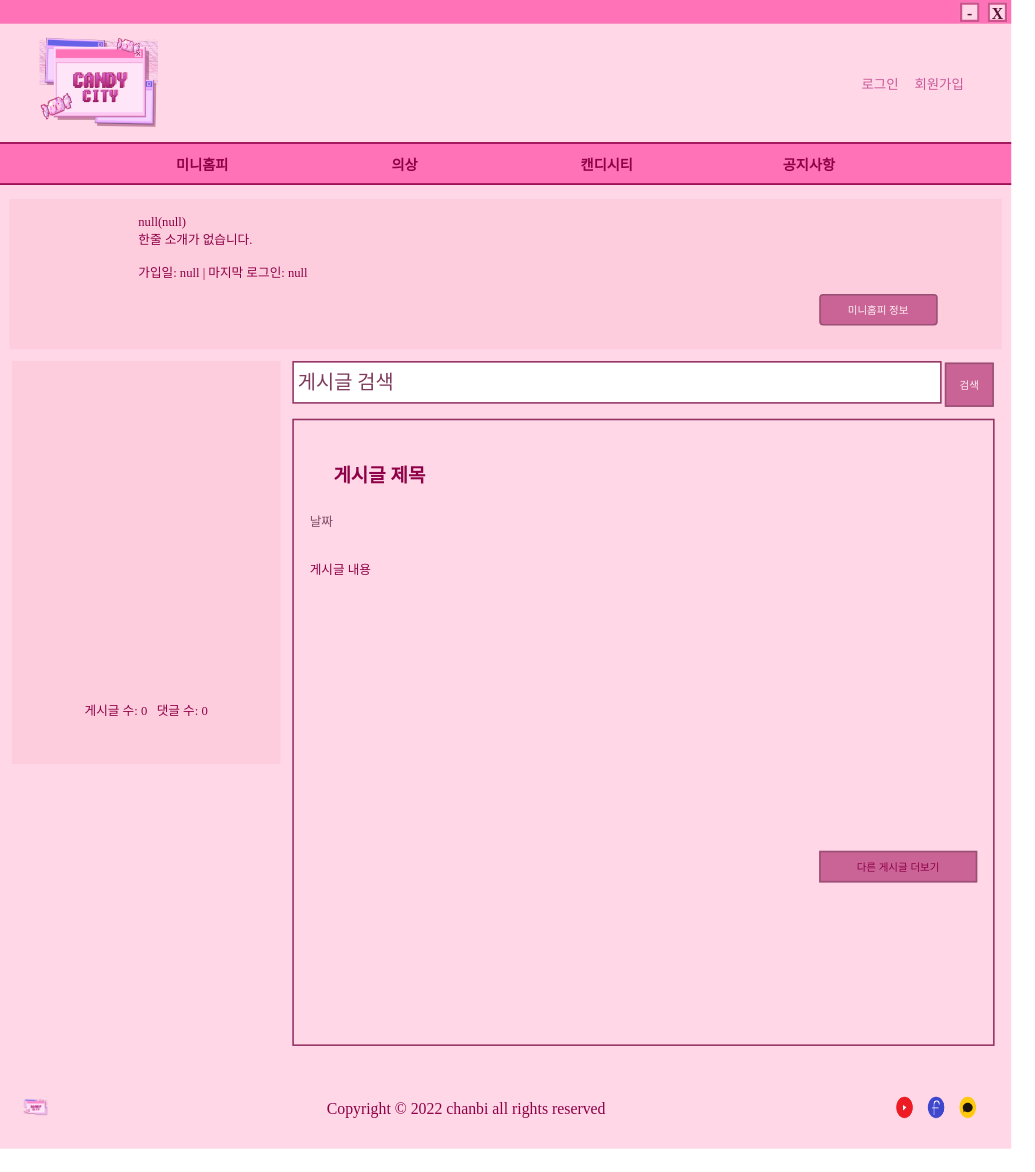
Repository: chanbiM/candyCityProject
Page: http://localhost/CandyCityProj/GetHomepi?id=null
An editor plug-in stored every save of this project. The page is shown before and after the next save, followed by the edit.
The browser window is 1280 px wide. The page is 1310 px wide, so the pictures cover 1310 px, including what lies to the right of the window. The pictures show the whole page, at 79% of full size.
Some web fonts or font styles are not loaded; a fallback is used. The page is served by Tomcat 9. Other server files are loaded and not shown. Queries for data that is not in the repository find no rows.

Above is the page before, as saved 2022-11-18 06:02:50.

### CandyCityProj/WebContent/member/homepi/homepi.jsp
<%@page import="vo.MemberVO"%>
<%@ page language="java" contentType="text/html; charset=UTF-8"
	pageEncoding="UTF-8"%>
<%@ include file="/header.jsp"%>
<link rel="stylesheet" href="/css/homepiStyle.css">

<!-- 미니홈피 보기-->
<br>
<%
	MemberVO hompiData = (MemberVO) request.getAttribute("homepiUser");
%>

<!-- 유저 정보-->
<div class="member_info">
	<ul>
		<li>
			<div class="profile_char"></div>
		</li>

		<li>
			<div class="info">
				<p><%=hompiData.getName()%>(<%=hompiData.getId()%>) <br>
					<%
						if (hompiData.getIntroduce() == null) {
					%>
					한줄 소개가 없습니다.
					<%
						} else {
					%>
					<%=hompiData.getJoin_num()%>
					<%
						}
					%>
				</p>
				<br>
				<p>
					가입일:
					<%=hompiData.getJoinDate()%>


					| 마지막 로그인:
					<%=hompiData.getLoginDate()%>
				</p>
				<br> <br>

			</div>
		</li>
		<li>
			<!--팝업형식-->
			<button id="homepi_info">미니홈피 정보</button>
		</li>
	</ul>


</div>

<div class="character_info">
	<div class="info_character">
		<!-- 유저캐릭터 전신 삽입-->
	</div>

	<!--내 홈피일 경우-->
	<%
	if(vo == null) {
	%>
		<br><br><br>
		<p style="font-size: 16px;">게시글 수: <%= hompiData.getPostNum() %> &nbsp; 댓글 수: <%= hompiData.getCommentNum() %></p>
	<%
	} else {
	%>
		<% if(vo.getId().equals(hompiData.getId())) {%>
		<a href="#" style="color: #804d66;">캐릭터 설정</a><br> <br>
		<button id="post_btn">
			<a href="/member/post/insertPost.jsp">글쓰기</a>
		</button>
		<% } %>
		<p style="font-size: 16px;">게시글 수: <%= hompiData.getPostNum() %> &nbsp; 댓글 수: <%= hompiData.getCommentNum() %></p>
	<% } %>

</div>

<div class="post_search">
	<!--게시글 목록으로 가게 -->
	<form action="/searchHomepiPost?id=">
		<input type="text" name="post" placeholder="게시글 검색"> <input
			type="submit" value="검색">
	</form>
</div>

<!--대표 게시글(가장 최근에쓴거 or 공지 게시글)-->
<div class="representative_post">
	<h2>
		<a href="#">게시글 제목</a>
	</h2>
	<!--최종 수정 날짜 기준으로-->
	<p style="color: #804d66;">날짜</p>
	<br> <br>
	<p id="post_content">
		<a href="#">게시글 내용</a>
	</p>

	<div id="post_list">
		<button>
			<a href="/searchHomepiPost?title=all">다른 게시글 더보기</a>
		</button>
	</div>

</div>
<%@ include file="/footer.jsp"%>

### CandyCityProj/WebContent/header.jsp
<%@page import="vo.MemberVO"%>
<%@ page language="java" contentType="text/html; charset=UTF-8"
	pageEncoding="UTF-8"%>
<!DOCTYPE html>
<html>
<head>
<meta charset="UTF-8">
<title>Candy City</title>
<link rel="stylesheet" href="/css/mainStyle.css">
<script src="/js/jquery-3.1.1.min.js"></script>
</head>
<body>
	<div class="wrapper">
		<!-- 창 바 -->
		<div class="window">
			<button class="widow_btn" id="-_btn">-</button>
			<button class="widow_btn" id="x_btn">X</button>
		</div>

		<header>
			<!-- 로고 -->
			<div class="logo">
				<a href="/index.jsp"><img alt="로고" src="/images/logo.png"></a>
			</div>

			<!-- 기타 메뉴바 -->
			<div class="minimenu">

				<ul>
					<%
						MemberVO vo = (MemberVO) session.getAttribute("loginOK");
						if (vo == null) {
					%>
					<li><a href="/member/login.jsp">로그인</a></li>
					<li><a href="/member/insertMember.jsp">회원가입</a></li>
					<%
						} else {
					%>
					<li><a href="/member/myPage.jsp"><%=vo.getName()%>님</a></li>
					<li><a href="/logout"> 로그아웃 </a></li>
					<li><a href="/member/myPage.jsp">마이페이지</a></li>

					<%
						}
					%>
				</ul>

			</div>
		</header>

		<!-- 메뉴바 -->
		<nav>
			<ul class="mainmenu">
				<li><a href="/getHomepiList">미니홈피</a>
					<ul class="submenu">
					<%
						if (vo == null) {
					%>
						<li><a href="/member/login.jsp">내 미니홈피</a></li>
						<li><a href="/getHomepiList">미니홈피 목록</a></li>
					<%
						} else {
					%>

						<li><a href="/GetHomepi?id=<%= vo.getId() %>">내 미니홈피</a></li>
						<li><a href="/getHomepiList">미니홈피 목록</a></li>
					<%
						}
					%>
					</ul></li>

				<li><a href="#">의상</a>
					<ul class="submenu">
					<%
						if (vo == null) {
					%>
						<li><a href="/member/login.jsp">내 의상</a></li>
						<li><a href="/member/login.jsp">의상 상점</a></li>
						<li><a href="/member/login.jsp">의상 설정</a></li>
					<% } else {
					%>
						<li><a href="/getcCostumeList?id=<%= vo.getId() %>&name=<%= vo.getName() %>">내 의상</a></li>
						<li><a href="/getShopList?id=<%= vo.getId() %>">의상 상점</a></li>
						<li><a href="/characterSet">의상 설정</a></li>
					<%
					} %>
					</ul></li>

				<li><a href="/getCandyCityList">캔디시티</a>
					<ul class="submenu">
					</ul></li>

				<li><a href="/getNoticeList?type=E">공지사항</a>
					<ul class="submenu">
						<li><a href="/getNoticeList?type=E">이벤트</a></li>
						<li><a href="/getNoticeList?type=N">공지사항</a></li>
						<li><a href="/getNoticeList?type=R">당첨자 발표</a></li>
					</ul></li>

				<%
					MemberVO adminVo = (MemberVO) session.getAttribute("manager");
					if (adminVo != null) {
				%>
				<li><a href="/getUserList">관리자용 메뉴</a>
					<ul class="submenu">
						<li><a href="/getUserList">유저 리스트</a></li>
						<!-- <li><a href="#">문의글 확인</a></li>
						<li><a href="#">신고글 확인</a></li> -->
						<li><a href="/admin/noticeInsert.jsp">공지사항/이벤트 작성</a></li>
					</ul></li>
			<%
				}
			%>
			</ul>

		</nav>

### CandyCityProj/WebContent/footer.jsp
<%@ page language="java" contentType="text/html; charset=UTF-8"
    pageEncoding="UTF-8"%>
        <!-- 푸터 영역 -->
        <footer>
            <!-- 하단로고 -->
            <div>
                <a href="/index.jsp" class="logo">
                    <img src="/images/logo.png" alt="로고" >
                </a>
            </div>
            <!-- 카피라이트 -->
            <div class="copyright">
                <p> Copyright &copy; 2022 chanbi all rights reserved</p>
            </div>
            <!-- SNS -->
            <div>
                <ul class="sns">
                    <li><a href="https://www.youtube.com/@rorochanbi"><img src="/images/youtube.png" alt="유튜브" height="40"></a></li>
                    <li><a href="#"><img src="/images/facebook.png" alt="페이스북" height="40"></a></li>
                    <li><a href="https://open.kakao.com/o/s1olGebe"><img src="/images/kakao.png" alt="카카오톡" height="40"></a></li>
                </ul>
            </div>
        </footer>
    </div>
	<script src="/js/script.js"></script>
</body>
</html>

### CandyCityProj/src/controller/GetHomepiController.java
package controller;

import java.io.IOException;
import java.io.PrintWriter;

import javax.servlet.ServletException;
import javax.servlet.annotation.WebServlet;
import javax.servlet.http.HttpServlet;
import javax.servlet.http.HttpServletRequest;
import javax.servlet.http.HttpServletResponse;
import javax.servlet.http.HttpSession;

import dao.MemberDAO;
import vo.MemberVO;

/**
 * Servlet implementation class GetHomepiController
 */
@WebServlet("/GetHomepi")
public class GetHomepiController extends HttpServlet {
	private static final long serialVersionUID = 1L;

    /**
     * @see HttpServlet#HttpServlet()
     */
    public GetHomepiController() {
        super();
    }

	/**
	 * @see HttpServlet#doGet(HttpServletRequest request, HttpServletResponse response)
	 */
	protected void doGet(HttpServletRequest request, HttpServletResponse response) throws ServletException, IOException {
		response.setContentType("text/html; charset=UTF-8");
		request.setCharacterEncoding("UTF-8");
		PrintWriter out = response.getWriter();
		MemberDAO dao = new MemberDAO();

		String userId = request.getParameter("id");
		System.out.println(userId);

		if(userId == null) {
			out.println("<script>alert('잘못된 경로입니다'); history.back(); </script>");
		}

		MemberVO homepiData = dao.getMemberInfo(userId);

		if(homepiData.getId() == null) {
			out.println("<script>alert('해당 유저를 찾을 수 없습니다'); history.back(); </script>");
		}

		request.setAttribute("homepiUser", homepiData);
		request.getRequestDispatcher("/member/homepi/homepi.jsp").forward(request, response);


	}

	/**
	 * @see HttpServlet#doPost(HttpServletRequest request, HttpServletResponse response)
	 */
	protected void doPost(HttpServletRequest request, HttpServletResponse response) throws ServletException, IOException {
		// TODO Auto-generated method stub
		doGet(request, response);
	}

}

### CandyCityProj/src/vo/MemberVO.java
package vo;

import java.sql.Date;

import oracle.sql.DATE;

public class MemberVO {
	private String id;
	private String pwd;
	private String name;
	private String gender;
	private int join_num;
	private int candy;
	private int postNum;
	private int commentNum;
	private String manager;
	private String introduce;

	private Date joinDate;
	private Date loginDate;

	public Date getJoinDate() {
		return joinDate;
	}

	public void setJoinDate(Date joinDate) {
		this.joinDate = joinDate;
	}

	public Date getLoginDate() {
		return loginDate;
	}

	public void setLoginDate(Date loginDate) {
		this.loginDate = loginDate;
	}

	public String getIntroduce() {
		return introduce;
	}

	public void setIntroduce(String introduce) {
		this.introduce = introduce;
	}

	public MemberVO() {
	}

	public String getId() {
		return id;
	}

	public void setId(String id) {
		this.id = id;
	}

	public String getPwd() {
		return pwd;
	}

	public void setPwd(String pwd) {
		this.pwd = pwd;
	}

	public String getName() {
		return name;
	}

	public void setName(String name) {
		this.name = name;
	}

	public String getGender() {
		return gender;
	}

	public void setGender(String gender) {
		this.gender = gender;
	}

	public int getJoin_num() {
		return join_num;
	}

	public void setJoin_num(int join_num) {
		this.join_num = join_num;
	}

	public int getCandy() {
		return candy;
	}

	public void setCandy(int candy) {
		this.candy = candy;
	}

	public int getPostNum() {
		return postNum;
	}

	public void setPostNum(int postNum) {
		this.postNum = postNum;
	}

	public int getCommentNum() {
		return commentNum;
	}

	public void setCommentNum(int commentNum) {
		this.commentNum = commentNum;
	}

	public String getManager() {
		return manager;
	}

	public void setManager(String manager) {
		this.manager = manager;
	}

}

### CandyCityProj/src/common/JdbcUtill.java
package common;

import java.sql.Connection;
import java.sql.DriverManager;
import java.sql.PreparedStatement;
import java.sql.ResultSet;

public class JdbcUtill {
	public static Connection getConnection() {
		Connection conn = null;

		try {
			Class.forName("oracle.jdbc.driver.OracleDriver");
			conn = DriverManager.getConnection("jdbc:oracle:thin:@localhost:1521:xe", "hr", "hr");
		} catch (Exception e) {
			System.out.println("DB 연결 실패");
			e.printStackTrace();
		}
		return conn;
	}

	public static void close(Connection conn, PreparedStatement pstmt) {
		if (pstmt!= null) {
			try {
				pstmt.close();
			} catch (Exception e) {
				// TODO: handle exception
				System.out.println("pstmt.close() 실패");
			}
		}

		if(conn != null) {
			try {
				conn.close();
			} catch (Exception e) {
				// TODO: handle exception
				System.out.println("conn.close() 실패");
				e.printStackTrace();
			}
		}
	}

	public static void close(Connection conn, PreparedStatement pstmt, ResultSet rs) {
		if(rs != null) {
			try {
				rs.close();
			} catch (Exception e) {
				// TODO: handle exception
				System.out.println("rs.close() ����");
				e.printStackTrace();
			}
		}
		close(conn, pstmt);
	}


}

### CandyCityProj/WebContent/css/mainStyle.css
@font-face {
    font-family: 'DungGeunMo';
    src: url('https://cdn.jsdelivr.net/gh/projectnoonnu/noonfonts_six@1.2/DungGeunMo.woff') format('woff');
    font-weight: normal;
    font-style: normal;
}
* {
    margin: 0;
    padding: 0;
    list-style: none;
    text-decoration: none;
    color: rgb(19, 0, 1);
    font-family: 'DungGeunMo';
    color: #8e0047;
    -ms-user-select: none;
   -moz-user-select: -moz-none;
   -khtml-user-select: none;
   -webkit-user-select: none;
   user-select: none;
}

.wrapper {
    width: 1280px;
    min-height: 1100px;
    margin: 0 auto;
    background-color: rgb(255, 215, 230);
}

.window {
    width: 100%;
    height: 30px;
    display: flex;
    justify-content: flex-end;
    background-color: #FF72B7;
    align-items: center;
}
.widow_btn {
    width: 25px;
    height: 25px;
    margin: 5px;
    color: #580e32;
    font-weight: bold;
    font-size: 20px;
    background-color: rgb(255, 215, 230);
    border: 3px solid #ce528e;
}

.widow_btn:hover {
    background-color: rgb(203, 164, 178);
    border: 3px solid #953c67;
    cursor: pointer;
    text-align: center;
}

.logo > a {
    display: flex;
}

.logo > a > img {
    width: 150px;
    height: 120px;
    margin: 50px;
    margin-top: 15px;
}

header {
    width: 100%;
    height: 150px;
    display: flex;
    justify-content: space-between;
}

.minimenu {
    width: 1000px;
    display: flex;
    font-size: 17px;
    align-items: center;
    margin-right: 50px;
    justify-content: flex-end;
}

.minimenu ul{
    display: flex;
}

.minimenu ul li {
    margin: 10px;
}

.minimenu ul li:hover {
    font-weight: bold;
}

/*.minimenu ul {
    width: 100%;
    display: flex;
    justify-content: space-evenly;
}*/

.minimenu ul li a{
	color: #c95899;
}

.mainmenu {
    /* 메뉴 요소 4개 가로정렬 */
    width: 1280px;
    display: flex;

    /* 중앙정렬 */
    text-align: center;
    align-items: center;
    justify-content: center;

    background-color: #FF72B7;
    border-top: 2px #8e0047 solid;
    border-bottom: 2px #8e0047 solid;
    position:relative;

}

.mainmenu li {
    width: 20%;
    height: 50px;
}

.mainmenu a {
    display: flex;
    justify-content: center;
    align-items: center;
    width: 100%;
    height: 100%;
    font-size: 18px;
    font-weight: 600;

    /* 하이라이팅 줄때 애니메이션을 줄 시간과 속성들 */
    transition: background-color 1s, color 1s;
}
/* :hover -> 마우스를 위에 올려 놓을때 적용할 스타일*/
.mainmenu a:hover {
    background-color: #aa4a78;
    color: white;
}


.mainmenu .submenu {
    /* 부모의 면적 + 다른 요소에 영향을 주지 않음 -> 다른 요소에 독립적*/
    position: absolute;
    /* 맨 앞으로 가져오기*/
    z-index: 100;
	width: 20%;

    background-color: #FF72B7;
    color: white;

    /* 기본적으로는 가려짐. 나중에 js로 호버될때 해제되도록 해줄 것 */
    display: none;
}

.submenu li {
    width: 100%;
}
.submenu a:hover {
    background-color: rgb(254, 207, 228);
    color: rgb(70, 19, 30);
}

#slide {
    width: 100%;
    height: 300px;
    position: relative;
    overflow: hidden;
}
#slide>ul>li>a>img {
    position: absolute;
    width: 100%;
    top: 0;
    left: -100%;
    opacity: 0;
}

#slide >ul>li>a>img:first-child {
    left: 0;
    opacity: 1;
}

#slide ul {
    /* 다른 요소에 관여받지 않고 #slide 기준으로 움직이도록*/
    position: absolute;
    top: 0;
    left: 0;

    width: 100%;


}

/* 섹션 */

section {
    display: flex;
    height: 350px;
    overflow: hidden;
    margin: 20px;
}

section > div {
    flex: 1;
    max-width: 50%;

    padding: 10px;
}

/* 컨텐츠 탭 */
.tab {
    display: flex;
}

/* 활성화 된 탭 추가 효과 */
.tab .active {
    background-color: #FF72B7;
}
.tab .active a{
    color: white;
}


.tab div {
    padding: 7px;
    border: 1px solid #800040;
    /* content, tab이 보더가 곂치므로 한쪽 없애주기 */
    border-bottom: none;
}

#content_container .content {
    padding: 7px;
    border: 1px solid #800040;

    /* 일정 크기 이상으로 글자가 나오는걸 방지 */
    max-width: 600px;
    height: 200px;
}

/* 각 요소들의 글자가 넘쳐날 경우 .... 처리*/
#post li {
    overflow: hidden;
    text-overflow:ellipsis;
    white-space: nowrap;
    line-height: 25px;


    border-bottom: 1px solid #800040;
}

/* 갤러리 */
/* 기본적으로 활성화 된게 공지사항이므로 갤러리 컨텐츠는 가리기 */
#event {
    display: none;
}

#event li{
    overflow: hidden;
    text-overflow:ellipsis;
    white-space: nowrap;
    line-height: 25px;


    border-bottom: 1px solid #800040;
}

#ranking {
	margin-top: 2px;
}
#ranking ul, #ranking li{
    width: 95%;
}

#ranking ul {
	border: 2px solid #800040;

	padding: 10px;
	height: 195px;


}
#ranking li {
    /* 버튼별 간격 */
    margin-bottom: 15px;
    width: 96%;


    /* 버튼 내부 간격 */
    padding: 7px;
    text-align: center;
    background-color: #e366b1;
    text-align: left;
    color: #8e0047;
}

#ranking h4 {
	background-color: #FF72B7;
	color: white;

	font-weight: normal;
	border: 2px solid #800040;
	width: 130px;
	padding: 5px;
	overflow: hidden;
	text-align: center;
	border-bottom: none;
}
#ranking a {
    color: white;
    margin-left: 5px;
}

/* 푸터 */

footer {
    /* 가로 정렬 */
    display: flex;

    /* 3가지 요소들 가로 간격 */
    justify-content: space-between;
    /* 세로 중앙 정렬*/
    align-items: center;

    width: 100%;
    height: 100px;
    margin: 30px;
}

.sns {
    display: flex;
    margin-right: 70px;
}

/* sns 아이콘별 간격 */
.sns li {
    margin-left: 10px;
}

footer img {
    width: 30px;
}


.copyright {
	font-size: 20px;
}

.info {
	width: 100%;
	margin-left: 20px;
	height: 700px;
}

.infoText {
	width: 300px;
	height: 30px;
	font-size: 23px;
	border: 0px;
	background-color: #ffeaf3;
	text-align: center;
}

.info th {
	width: 250px;
	margin: 5px;
	font-size: 30px;
}

.info td {
	width: 300px;
	margin: 10px;
	font-size: 25px;
	text-align: center;
}

.updatebtn {
	border: 0px;
	background-color: rgb(255, 215, 230);
	font-size: 25px;

}

input:focus {outline: none;}

hr {
	margin: 30px;
	width: 90%;
	margin: auto;

	height : 1px;
    border: 0;
	background-color : #811b4e;

}

h2 {
	margin: 30px;
}

/* 팝업의 배경 */
.popup_back {
    /* 기본적으로 가려짐 */
    display: none;

    /* 사이트 내용의 면적을 무시하고 배치*/
    position: absolute;
    top: 0;
    left: 0;

    /* 창 전체 가로 세로 채우기*/
    width: 100%;
    height: 100%;

    /* 검정색 배경(0,0,0,)에서 0.8로 투명도 설정*/
    background: rgba(0,0,0,0.3);
    position: fixed;

}

/* 팝업 본체 */
.popup{
    position: relative;

    /* 팝업 창의 가로 세로*/
    width:500px;
    height:300px;

    /* 배경 면적의 top 50%, left 50% 위치로 이동 */
    top:50%;
    left:50%;
    /* 중앙 배치를 위해 팝업의 가로 세로의 절반 크기 만큼 옮기기*/
    margin-top: -100px;
    margin-left:-200px;

    background:#fff;
    padding: 20px;
}


/* 팝업 버튼 */
.popup_close {
    position: absolute;
    padding: 5px;

    /* 팝업의 아래쪽부터 20px, 오른쪽으로부터 20px */
    right: 20px;
    bottom: 20px;
    background-color: #FF72B7;
    border: 2px solid #ea0075;
}
.popup_close:hover {
	background-color: #f14b9a;
    border: 2px solid #aa0055;
    cursor: pointer;
}

.pwdUpdateBtn {
	position: absolute;
    padding: 5px;

    /* 팝업의 아래쪽부터 20px, 오른쪽으로부터 20px */
    right: 100px;
    bottom: 20px;
    background-color: #FF72B7;
    border: 2px solid #ea0075;
}

.pwdUpdateBtn:hover {
	background-color: #f14b9a;
    border: 2px solid #aa0055;
    cursor: pointer;
}

/* 팝업의 배경 */
.popup_back_del {
    /* 기본적으로 가려짐 */
    display: none;

    /* 사이트 내용의 면적을 무시하고 배치*/
    position: absolute;
    top: 0;
    left: 0;

    /* 창 전체 가로 세로 채우기*/
    width: 100%;
    height: 100%;

    /* 검정색 배경(0,0,0,)에서 0.8로 투명도 설정*/
    background: rgba(0,0,0,0.3);
    position: fixed;

}

/* 팝업 본체 */
.popup_del{
    position: relative;

    /* 팝업 창의 가로 세로*/
    width:500px;
    height:300px;

    /* 배경 면적의 top 50%, left 50% 위치로 이동 */
    top:50%;
    left:50%;
    /* 중앙 배치를 위해 팝업의 가로 세로의 절반 크기 만큼 옮기기*/
    margin-top: -100px;
    margin-left:-200px;

    background:#fff;
    padding: 20px;
}

### CandyCityProj/WebContent/css/homepiStyle.css
body {
    -ms-overflow-style: none;
}

a:hover {
	cursor: pointer;
}
body::-webkit-scrollbar {
    display: none;
}
.wrapper {
	min-height: 1100px;
}

.member_info {
    width: 95%;
    background-color: #fecddd;
    height: 150px;
    margin: auto;
    padding: 20px;
}

.member_info li{
	height: 100%;
}
.member_info ul {
    display: flex;
    justify-content: space-evenly;
    align-items: center;
    height: 100%;
}

.profile_char img{
    width: 150px;
    height: 150px;
    background-color: rgb(164, 111, 130);
    border-radius: 20px;
}

.info {
    width: 800px;
}

#homepi_info {
    width: 150px;
    height: 40px;
    margin-top: 100px;
    background-color: #ca6497;
    color: #fff1f1;
    border: 2px #9a4f74 solid;
    border-radius: 5px;
}

#homepi_info:hover {
    background-color: #943464;
    color: #d5c8c8;
    cursor: pointer;
    transition: background-color 0.2s, color 0.2s;
}

input:focus {outline: none;}

input::placeholder {
    color: #7e3b5d;
}

.character_info {
    float: left;
    width: 300px;
    background-color: #fecddd;
    height: 470px;
    margin: 15px;
    padding: 20px;
    text-align: center;
}

.info_character {
    width: 280px;
    border-radius: 20px;
    height: 350px;
    display: flex;
    margin: auto;
    margin-bottom: 5px;
}

.info_character img {
	width: 300px;
	height: 400px;
	position: absolute;
}

#post_btn {
    width: 250px;
    height: 40px;
    margin-bottom: 10px;
    background-color: #ca6497;
    color: #fff1f1;
    border: 2px #9a4f74 solid;
    border-radius: 5px;
}
#post_btn:hover {
    background-color: #943464;
    color: #d5c8c8;
    cursor: pointer;
    transition: background-color 0.2s, color 0.2s;
}

.post_search {
    margin: 15px;

}

input[type="text"]{
   width: 65%;
   height: 50px;

    font-size: 25px;
    padding-left: 5px;
    /*border: #811b4e 2px solid;*/
    border: 2px solid #943464;
    background-color: rgb(255, 255, 255);
  }

  input[type="submit"]{
    width: 5%;
    height: 56px;
    background-color: #ca6497;
    color: #fff1f1;
    border: 2px #9a4f74 solid;
  }
  input[type="submit"]:hover {
    background-color: #943464;
    color: #d5c8c8;
    cursor: pointer;
    transition: background-color 0.2s, color 0.2s;
}

.representative_post {
    border: 2px solid #943464;

    width: 66%;
    height: 750px;
    display: inline-block;
    padding: 20px;
}
#post_content {
    height: 370px;
}
#post_list {
    display: flex;
    align-items: flex-end;
    justify-content: flex-end;
}
#post_list button{
    background-color: #ca6497;
    color: #fff1f1;
    border: 2px #9a4f74 solid;
    width: 200px;
    height: 40px;
}



#post_list button:hover {
    background-color: #943464;
    color: #d5c8c8;
    cursor: pointer;
    transition: background-color 0.2s, color 0.2s;
}

hr {
    width: 100%;
    text-align: center;
    margin: auto;

	height : 1px;
    border: 0;
	background-color : #811b4e;
}

.post {
    border: 2px solid #943464;

    width: 66%;
    height: 750px;
    display: inline-block;
    padding: 20px;
}

.title {
	margin: 0px;
}

.notice {
	border: 2px solid #943464;

    width: 1180px;
    height: 750px;
    padding: 20px;
    margin: 30px;
}

#notice_content {
	height: 600px;
}

#notice_list {
    display: flex;
    justify-content: flex-end;
    margin-right: 30px;
}
#notice_list button{
    background-color: #ca6497;
    color: #fff1f1;
    border: 2px #9a4f74 solid;
    width: 200px;
    height: 40px;
}


.head {
	z-index: 60;
}

.eyes {
	z-index: 59;
}

.body {
	z-index: 61;
}

.shoes {
	z-index: 58;
}

.character {
	z-index: 50;

}

Loaded but not shown: CandyCityProj/WebContent/js/jquery-3.1.1.min.js (library); CandyCityProj/WebContent/js/script.js (73 lines, source omitted); CandyCityProj/src/dao/MemberDAO.java (382 lines, source omitted)

After the next save:
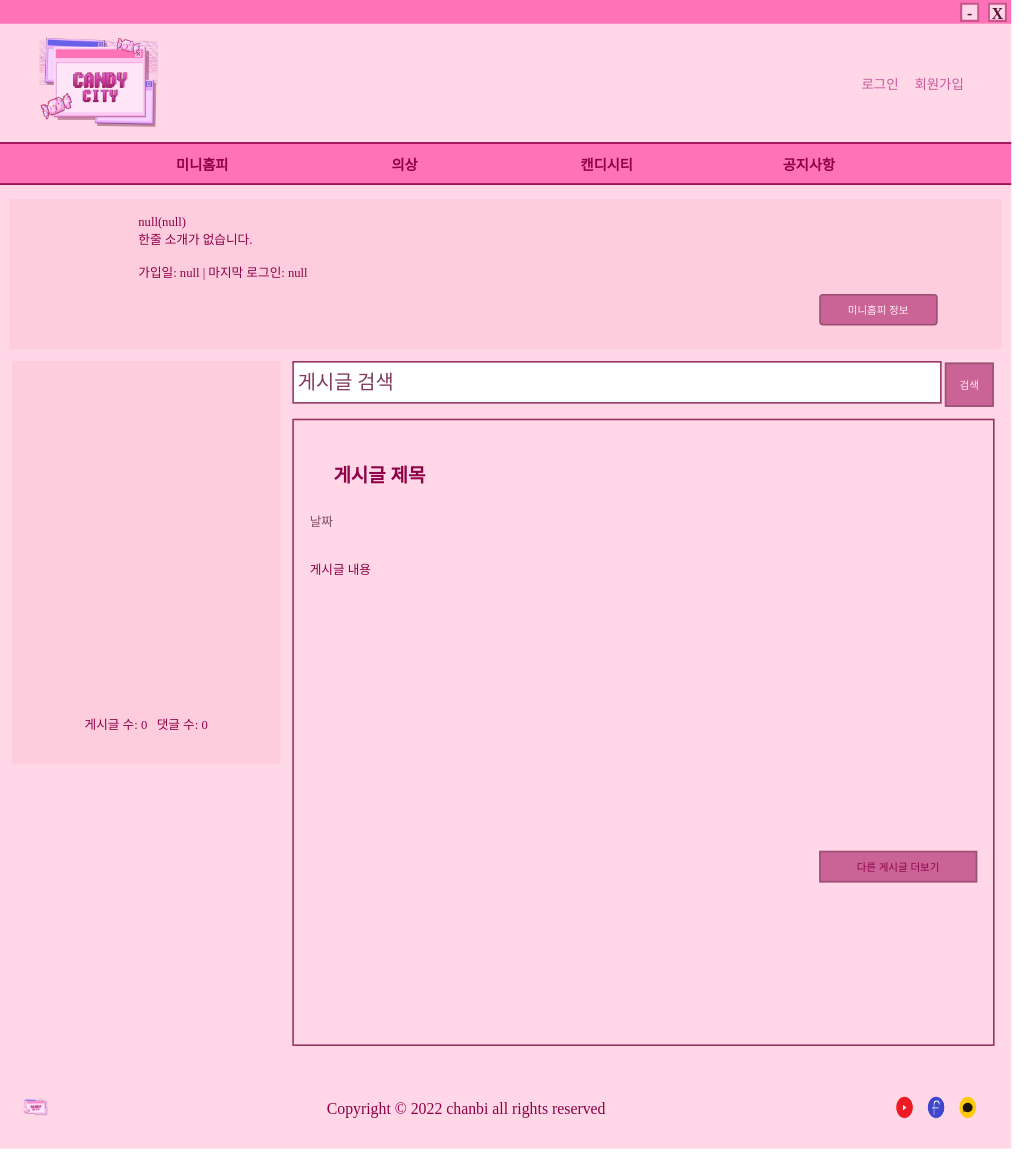
Saved 6 s later.
--- a/CandyCityProj/WebContent/member/homepi/homepi.jsp
+++ b/CandyCityProj/WebContent/member/homepi/homepi.jsp
@@ -63,7 +63,7 @@
 	<%
 	if(vo == null) {
 	%>
-		<br><br><br>
+		<br><br><br><br>
 		<p style="font-size: 16px;">게시글 수: <%= hompiData.getPostNum() %> &nbsp; 댓글 수: <%= hompiData.getCommentNum() %></p>
 	<%
 	} else {
